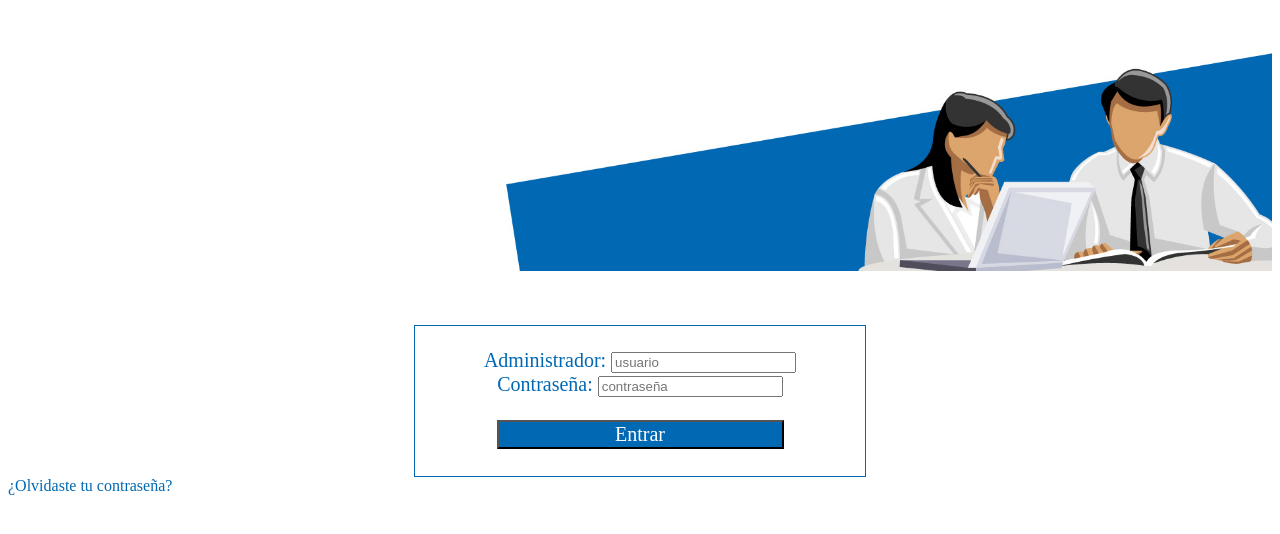
Repository: jluislechado/gestionUsuario
Page: http://localhost/php/admin.php
The author's editor kept a record of every edit. The page is drawn from the files as they stood at one moment, then again after the next edit.
The browser window is 1280 px wide. The pictures show the whole page.
The page is run by PHP 8.4 with error messages shown; the project is at /var/www/html/.

Above is the page before.

After the next edit:
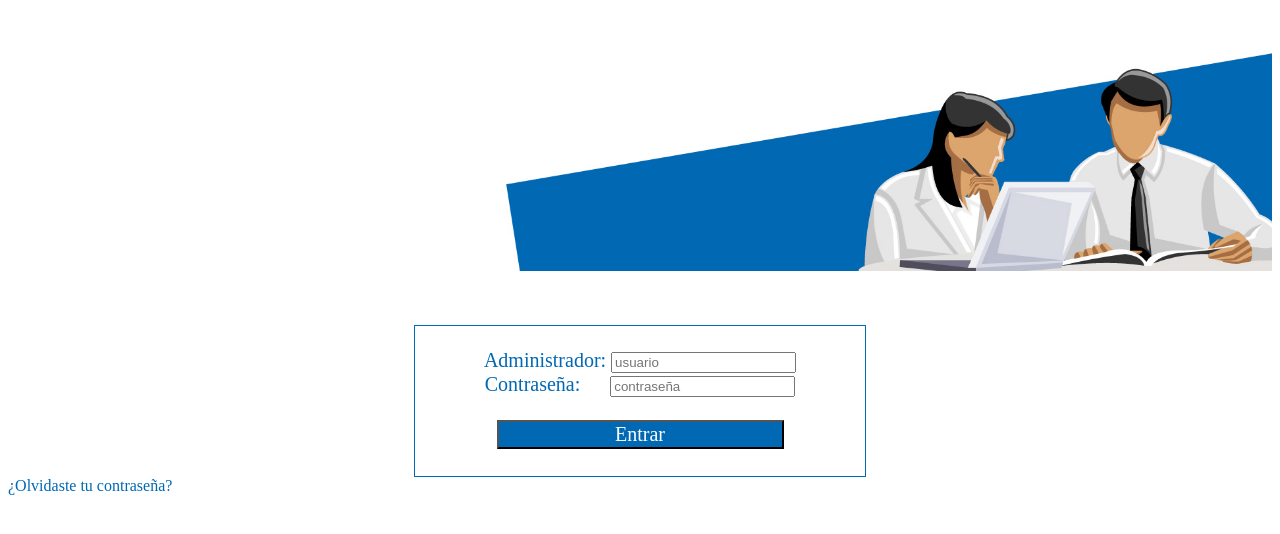
The edit:
--- a/workspace/php/admin.php
+++ b/workspace/php/admin.php
@@ -14,7 +14,7 @@
             <form action="phpadmin.php" method="post">
                 </br>
                 <span>Administrador: </span><input type="text" name="alias" placeholder="usuario"/></br>
-                <span>Contraseña: </span><input type="password" name="contrasena" placeholder="contraseña"/></br></br>
+                <span>Contraseña: &nbsp;&nbsp;&nbsp;&nbsp;&nbsp;</span><input type="password" name="contrasena" placeholder="contraseña"/></br></br>
                 <input type="submit" value="Entrar" id="botonIndex"/>
             </form>
         </div>
